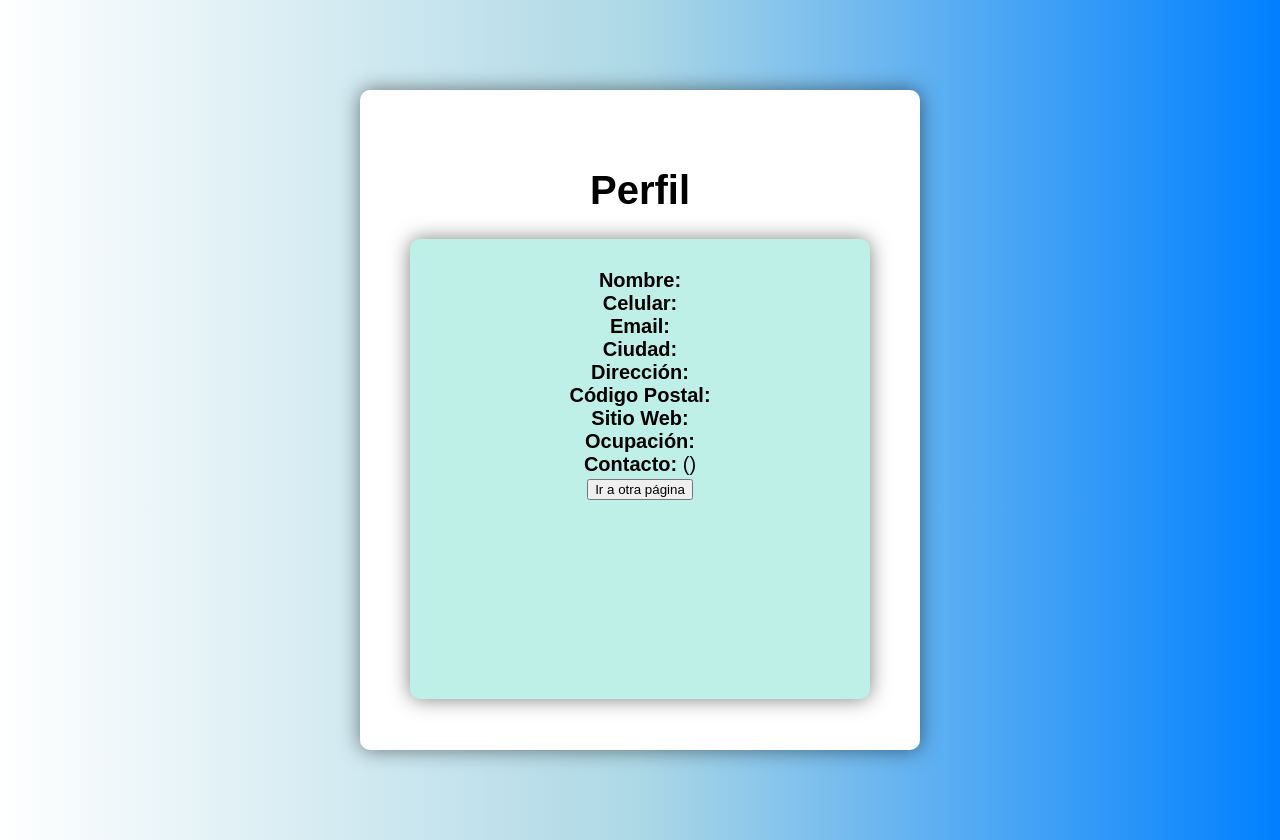
Repository: ANGELEDU141/TAREAWEBEWJASJDASJ
Page: http://localhost/JAVAWEBTAREA/WEB-INF/views/perfil.jsp
The author's editor kept a copy of each file at every save. The page is drawn from the files as they stood at one save, then again after the next save.
The browser window is 1280 px wide. The pictures show the whole page.
The page is served by Tomcat 9. Nobody is signed in. The template is opened directly, without the code that normally fills it, so the values that code supplies are empty.

Above is the page before, as saved 2024-09-01 11:02:52.

After the next save:
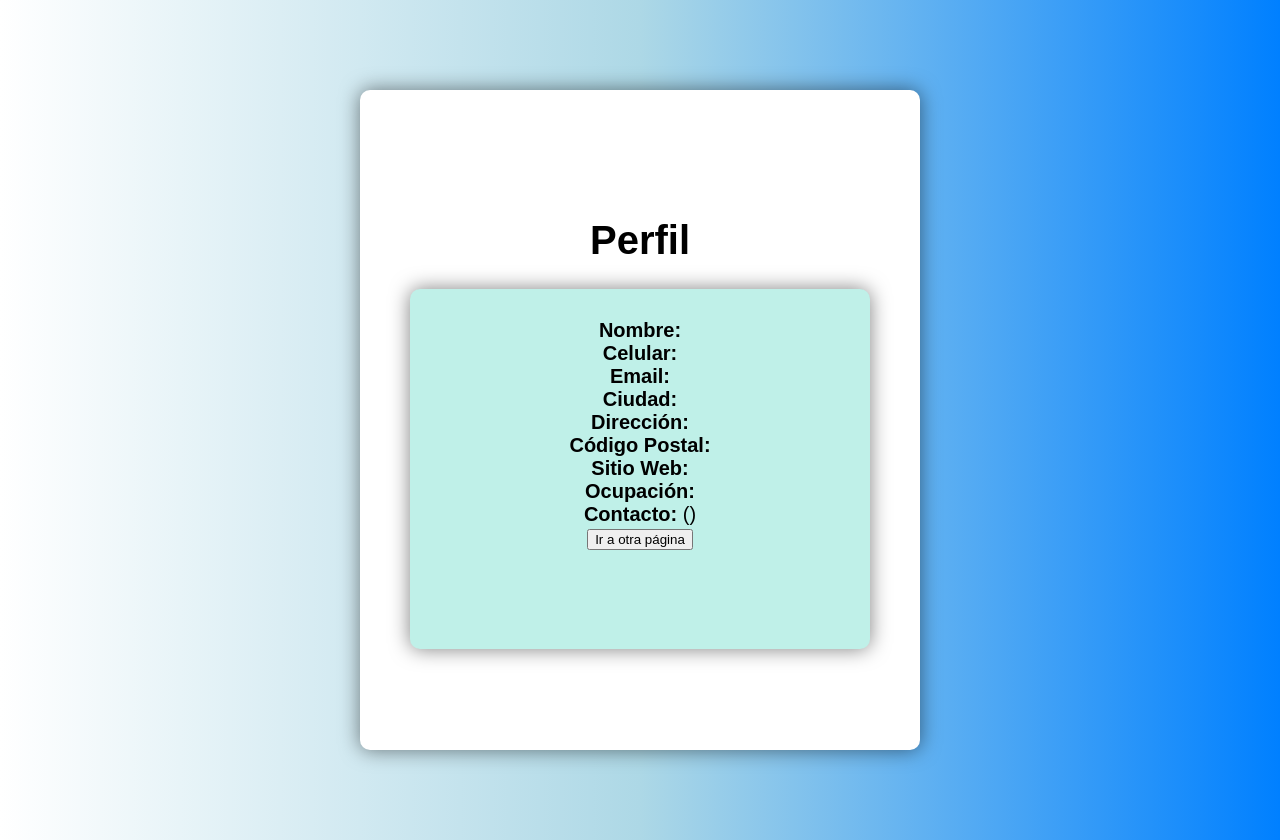
Saved 11 s later.
--- a/JAVAWEBTAREA/src/main/webapp/WEB-INF/views/perfil.jsp
+++ b/JAVAWEBTAREA/src/main/webapp/WEB-INF/views/perfil.jsp
@@ -49,7 +49,7 @@
    		padding: 30px;
    		border:60px;
          width:400px;
-    	height:400px;
+    	height:300px;
         background-color: rgba(191, 240, 232);
         box-shadow: 0px 0px 20px rgba(0, 0, 0, 0.5);
         text-align: center;
